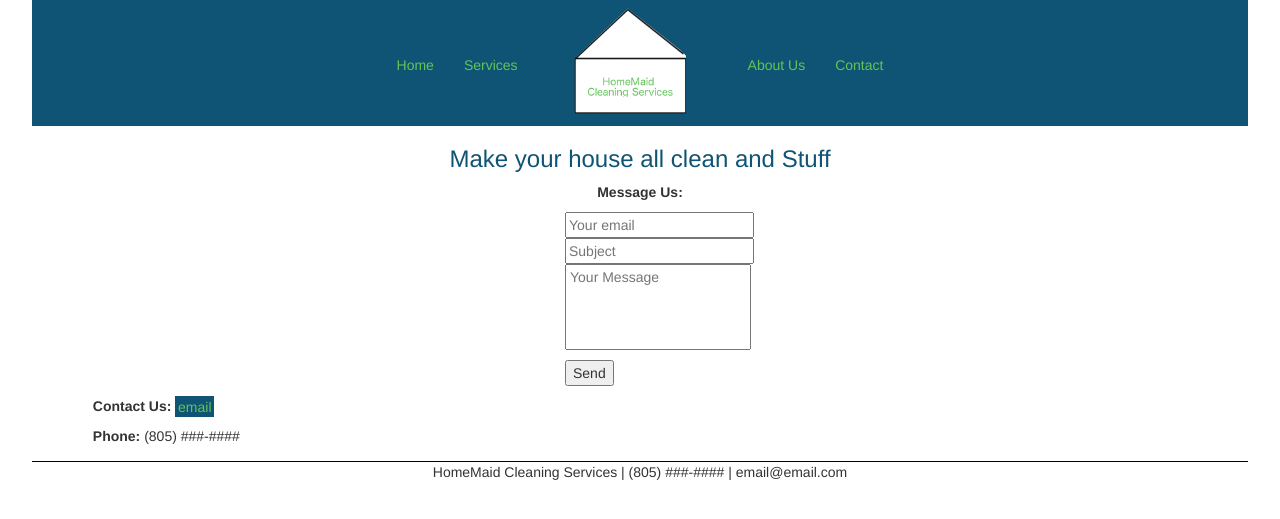
Repository: alprusa/HomeMaid-Cleaning-Service
Page: HomeMaid-Cleaning-Service/contact/index.html
The author's editor kept a copy of each file at every save. The page is drawn from the files as they stood at one save, then again after the next save.
The browser window is 1280 px wide. The pictures show the whole page.

Above is the page before, as saved 2016-07-11 04:23:52.

After the next save:
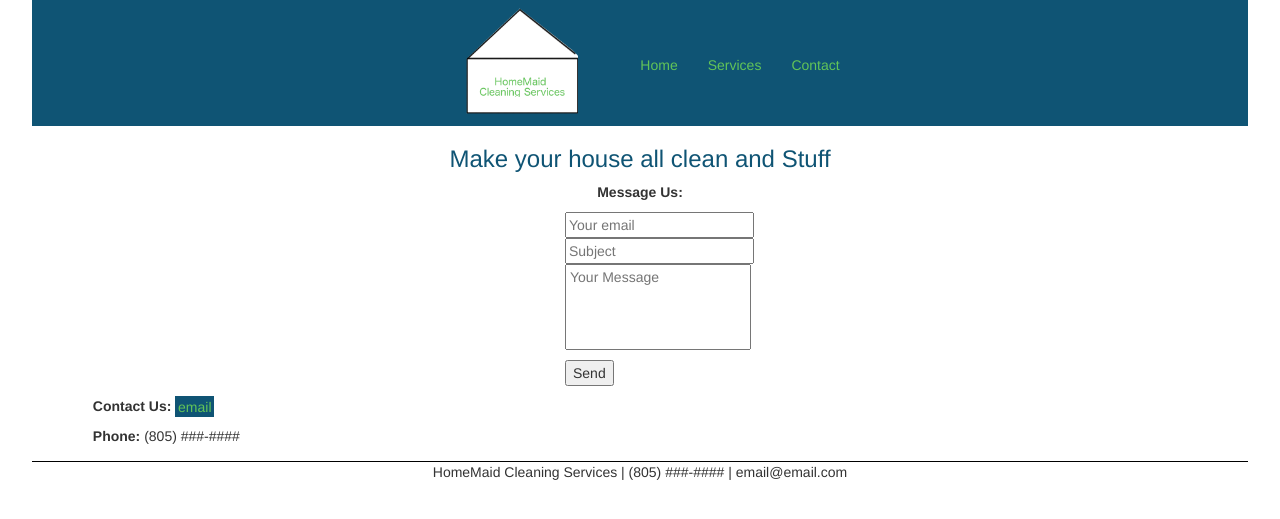
Saved 3 days later.
--- a/HomeMaid-Cleaning-Service/contact/index.html
+++ b/HomeMaid-Cleaning-Service/contact/index.html
@@ -39,9 +39,7 @@
                     <!--Buttons to go to different pages of the website-->
                     <div class="collapse navbar-collapse" id="navItems">
                         <ul class="nav navbar-nav">
-                            <li class="navTabs"><a href="../">Home</a></li>
-							<li class="navTabs"><a href="../services/">Services</a></li>
-							<li>
+                        	<li>
 								<div class="navbar-header">
                         			<!--Logo image button to go make to main page-->
                        				 <a href="../"><img src="../img/TempLogo.png" class="img-responsive" id="logo"/></a>
@@ -50,7 +48,8 @@
 									 </form>-->
                    				 </div>
 	                        </li>
-							<li class="navTabs"><a href="../about/">About Us</a></li>
+                            <li class="navTabs"><a href="../">Home</a></li>
+							<li class="navTabs"><a href="../services/">Services</a></li>
 							<li class="navTabs"><a href="../contact/">Contact</a></li>
                         </ul>
                     </div>
